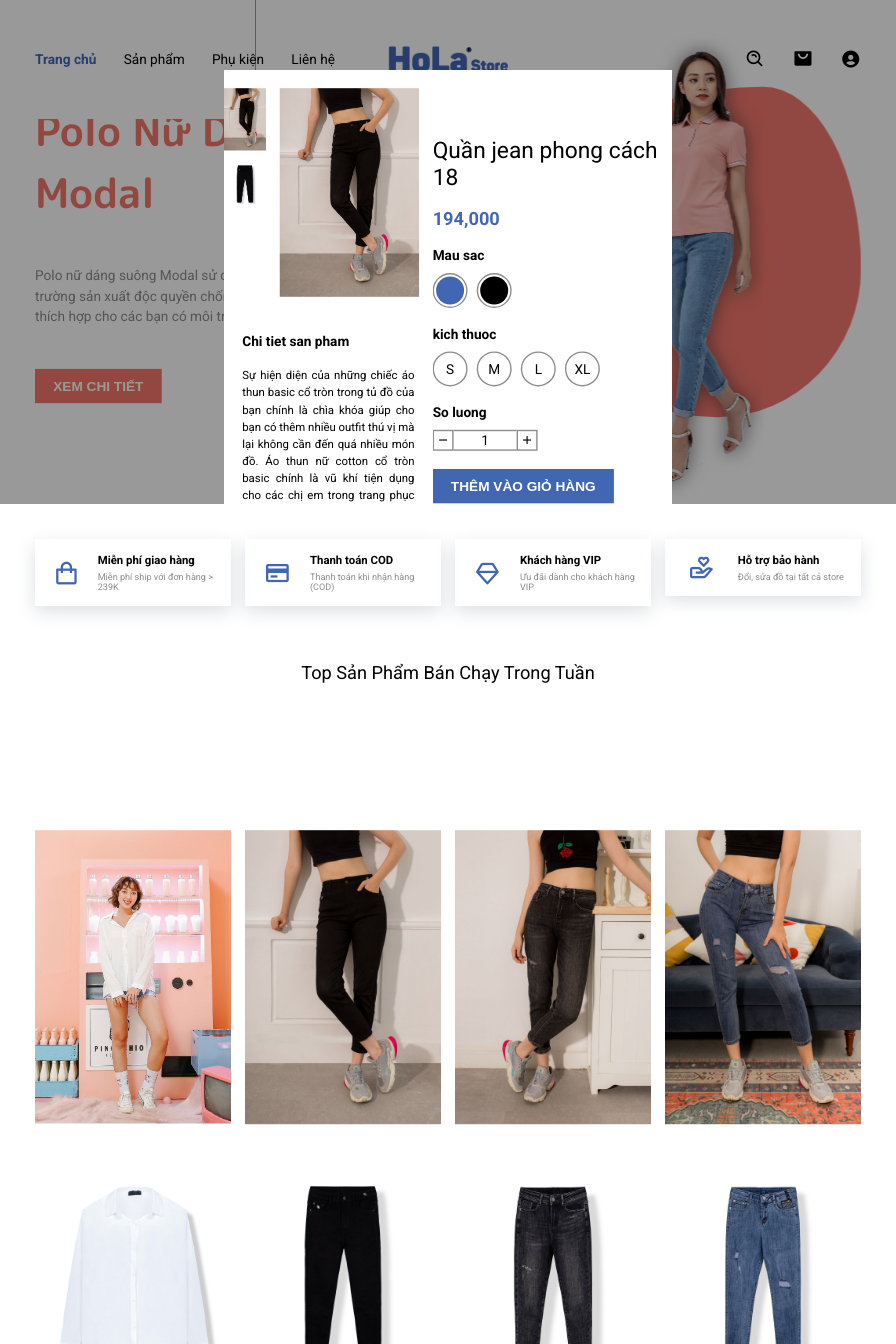
Repository: eric-nguyen-fe/Hola-ecommerce
Page: /
These files come from the project's save history. The page is drawn as it stood at one moment and after the next save; the edit follows.
The browser window is 1280 px wide. The pictures show the part of the page from y = 0 to 1920 px (the page is 8986 px tall), at 70% of full size.
An inner scrolling area shows only its first screen. The project was rebuilt for these pictures with package versions that can differ from the ones it lists, and the page was loaded fresh each time. Also part of the build but not shown: src/components/CheckBox.jsx, src/assets/fake-data/category.js, src/assets/fake-data/product-color.js, src/assets/fake-data/product-size.js, src/components/InfinityList.jsx, src/pages/Catalog.jsx, src/pages/Cart.jsx, src/pages/Product.jsx.

Above is the page before, as saved 2021-12-10 15:33:11.

### src/scss/index.scss
@import "./variables";
@import "./mixins";
@import "./base";

@import "./components/header";
@import "./components/footer";
@import "./components/hero-slider.scss";
@import "./components/button";
@import "./components/policy-card";
@import "./components/section";
@import "./components/product-card";
@import "./components/catalog";
@import "./components/custom-checkbox.scss";
@import "./components/product";
@import "./components/product-view-modal"

### src/components/Layout.jsx
import React from 'react'

import { BrowserRouter, Route } from 'react-router-dom'

import Header from './Header'
import Footer from './Footer'

import ProductViewModal from './ProductViewModal'

import Routes from '../routes/Routes'


const Layout = () => {
    return (
        <BrowserRouter>
            <Route render={props => (
                <div>

                    <div className="container">
                    <Header {...props}/>
                        <div className="main">
                            <Routes/>
                        </div>
                    </div>
                    <Footer/>
                    <ProductViewModal/>
                </div>
            )}/>
        </BrowserRouter>
    )
}

export default Layout

### src/scss/_variables.scss
$main-bg: #fff;
$main-color: #4267b2;

$txt-main-color: #000;
$txt-second-color: #8d8d8d;
$txt-white: #fff;

$btn-main-bg: $main-color;
$btn-main-color: #fff;

$header-height: 170px;
$header-tablet-height: 70px;
$header-mobile-height: 40px;
$header-shrink-height: 70px;

$box-shadow: rgba(73, 90, 105, 0.2) 0px 8px 24px;

$colors: (
    "blue": #4267b2,
    "orange": #eea54d,
    "pink": #f3786d,
    "white": #fff,
    "black": #000,
    "main": $main-color,
    "red": #ff0000,
);

$mobile-width: 600px;
$tablet-width: 1024px;

$numbers: (0, 1, 2, 3, 4, 5, 6, 7, 8);

### src/scss/mixins.scss
@mixin flex ($align-item, $justify-content) {
    display: flex;
    align-items: $align-item;
    justify-content: $justify-content;
}

@mixin mobile {
    @media only screen and (max-width: $mobile-width){
        @content;
    }
}

@mixin tablet {
    @media only screen and (max-width: $tablet-width){
        @content;
    }
}

### src/scss/_base.scss
@import url("https://fonts.googleapis.com/css2?family=M+PLUS+Rounded+1c:wght@100;300;400;500;700;800;900&family=Roboto:ital,wght@0,100;0,300;0,400;0,500;0,700;0,900;1,100;1,300;1,400;1,500;1,700;1,900&display=swap");

@import url("https://fonts.googleapis.com/css2?family=M+PLUS+Rounded+1c:wght@100;300;400;500;700;800;900&family=Roboto:ital,wght@0,100;0,300;0,400;0,500;0,700;0,900;1,100;1,300;1,400;1,500;1,700;1,900&display=swap");

* {
    padding: 0;
    margin: 0;
    box-sizing: border-box;
    -webkit-tap-highlight-color: transparent;
    user-select: none;
}

html {
    font-size: 13px;

    @include mobile {
        font-size: 11px;
    }
}

body {
    font-family: "Roboto", sans-serif;
}

ul {
    list-style-type: none;
}

a {
    text-decoration: none;
    color: unset;
}

a:hover {
    color: $main-color;
}

img {
    max-width: 100%;
}

@each $color, $val in $colors {
    .color-#{$color} {
        color: $val;
    }

    .bg-#{$color} {
        background-color: $val;
    }
}

@each $val in $numbers {
    .grid-col-#{$val} {
        grid-template-columns: repeat($val, 1fr);
    }
}

@each $val in $numbers {
    .grid-col-md-#{$val} {
        @include tablet {
            grid-template-columns: repeat($val, 1fr);
        }
    }
}

@each $val in $numbers {
    .grid-col-sm-#{$val} {
        @include mobile {
            grid-template-columns: repeat($val, 1fr);
        }
    }
}

.container {
    width: 100%;
    max-width: 1620px;
    padding: 0 50px;
    margin: auto;

    @include tablet {
        padding: 0 20px;
    }

    @include mobile {
        padding: 0 10px;
    }
}

.main {
    margin-top: $header-height;
    margin-bottom: 2rem;
    min-height: 100vh;

    @include tablet {
        margin-top: calc(#{$header-tablet-height} + 20px);
    }

    @include mobile {
        margin-top: calc(#{$header-mobile-height} + 10px);
    }
}

.grid {
    display: grid;
}

### src/scss/components/_header.scss
.header {
    background-color: $main-bg;
    position: fixed;
    top: 0;
    left: 0;
    width: 100%;
    z-index: 99;
    height: $header-height;
    transition: height .3s ease;

    @include tablet {
        height: $header-tablet-height;
        box-shadow: $box-shadow;
    }

    .container {
        height: 100%;
    }

    &.shrink{
        height: $header-shrink-height;
        box-shadow: $box-shadow;
        z-index: 100;

        @include mobile {
            height: $header-mobile-height;
        }
    }

    &__logo {
        @include flex (center, center);
        position: absolute;
        inset: 0;
        pointer-events: none;

        img {
            height: 38px;
        }
    }

    &__menu {
        @include flex(center, space-between);
        height: 100%;
        font-size: 1.5rem;

        &__item ~ &__item {
            margin-left: 39px;

            @include tablet {
                margin-left: 20px;
            }

            @include mobile {
                margin-left: 10px;
            }
        }

        &__item.active {
            font-weight: 600;
            color: $main-color;
        }


        &__item:hover {
            color: $main-color;
        }

        &__left,
        &__right {
            @include flex(center, center);
            height: 100%;
        }

        &__right {
            font-size: 2.25rem;

            &__item {
                @include flex(center, center);

                @include tablet {
                    margin-left: 10px;
                }
            }



            @include mobile {
                font-size: 1.5rem;
            }
        }

        &__left {
            &__close{
                display: none;
            }

            @include tablet {
                flex-direction: column;
                background-color: $main-bg;
                position: absolute;
                left: 0;
                top: 0;
                width: 100%;
                height: 100vh;
                justify-content: flex-start;
                padding-top: 30px;
                transform: translateX(-100%);
                transition: transform 0.5s ease;

                &.active {
                    transform: translateX(0);
                }

                &__item ~ &__item {
                    margin-left: unset;
                    margin-top: 20px;
                }

                &__close {
                    display: block;
                    position: absolute;
                    left: 20px;
                    font-size: 2.5rem;
                }
            }
        }

        &__mobile-toggle {
            display: none;

            @include tablet {
                display: block;
                font-size: 2.5rem;

            }
        }


    }
}

### src/scss/components/_footer.scss
.footer {
    padding: 70px 0;
    box-shadow: $box-shadow;
    font-size: 1.1rem;

    &__logo {
        height: 30px;
    }

    &__about {
        p {
            margin-bottom: 2rem;
        }
    }

    &__title {
        text-transform: uppercase;
        margin-bottom: 2rem;
        font-weight: 600;
    }

    &__content {
        p {
            margin-bottom: 1.25rem;
        }
    }
}

### src/scss/components/_button.scss
.btn {
    border: 0;
    outline: 0;
    color: $btn-main-color;
    font-size: 1.5rem;
    font-weight: 600;
    text-transform: uppercase;
    cursor: pointer;
    overflow: hidden;
    position: relative;

    @include mobile {
        font-size: 1rem;
    }

    &__txt,
    &__icon {
        display: block;
        transition: transform 0.5s ease;
    }

    &__txt {
        padding: 1rem 2rem;
    }

    &__icon {
        @include flex(center, center);
        font-size: 2rem;
        position: absolute;
        left: 0;
        top: 0;
        height: 100%;
        width: 100%;
        transform: translateX(-100%);
    }

    &-animate:hover &__txt {
        transform: translateX(100%);
    }

    &-animate:hover &__icon {
        transform: translateX(0);
    }

    &-sm {
        font-size: 1rem;
    }

    &-sm &__txt {
        padding: 0.7rem 1.5rem;
    }
}

### src/scss/components/_policy-card.scss
.policy-card {
    @include flex(center, flex-start);
    padding: 20px;
    padding-left: 0;
    box-shadow: $box-shadow;
    transition: transform .5s ease;

    &:hover {
        transform: translateY(-20%);
    }

    &__icon {
        @include flex (center, center);
        width: 40%;
        color: $main-color;

        i {
            font-size: 3rem;
        }
    }

    &__info{
        &__name{
            font-size: 1.25rem;
            font-weight: 600;
            margin-bottom: 7px;
        }

        &__description{
            font-size: 1rem;
            color: $txt-second-color;
        }

    }
}

### src/scss/components/_section.scss
.section {
    margin-bottom: 80px;

    & > * ~ * {
        margin-top: 70px;
    }

    &__title {
        font-size: 2rem;
        text-transform: capitalize;
        text-align: center;
    }
}

### src/scss/components/product-card.scss
.product-card {
    text-align: center;
    margin-bottom: 30px;

    &__image {
        padding-top: 50%;
        position: relative;
        overflow: hidden;
        margin-bottom: 30px;
    }
}

### src/scss/components/_catalog.scss
.catalog {
    @include flex(flex-start, flex-start);

    @include tablet {
        flex-direction: column;
    }

    &__filter {
        width: 20%;

        @include tablet {
            width: max-content;
            height: 100vh;
            background-color: $main-bg;
            padding: 1rem;
            position: fixed;
            left: 0;
            top: $header-tablet-height;
            z-index: 100;
            box-shadow: $box-shadow;
            transform: translateX(-100%);
            transition: transform 0.3s ease;
        }

        @include mobile {
            top: $header-mobile-height;
        }

        &.active {
            transform: translateX(0);
        }

        &__widget {
            margin-bottom: 2rem;

            &__title {
                font-size: 1.25rem;
                font-weight: 600;
                text-transform: capitalize;
                margin-bottom: 16px;
            }

            &__content {
                color: $txt-second-color;

                &__item {
                    margin-bottom: 13px;
                }
            }
        }
    }

    &__content {
        flex-grow: 1;

        @include tablet {
            width: 100%;
        }
    }

    &__filter__toggle {
        display: none;

        @include tablet {
            display: block;
            margin-bottom: 2rem;
        }
    }
}

### src/scss/components/custom-checkbox.scss
.custom-checkbox {
    @include flex (center, flex-start);

    cursor: pointer;

    &:hover {
        color: $main-color;
    }

    input {
        position: absolute;
        opacity: 0;

    }
}

### src/scss/components/_product-view-modal.scss
.product-view__modal {
    position: fixed;
    z-index: 101;
    padding-top: 100px;
    left: 0;
    top: 0;
    width: 100%;
    height: 100%;
    overflow: auto;
    background-color: rgb(0, 0, 0);
    background-color: rgba($color: #000000, $alpha: 0.4);

    &__content {
        margin: auto;
        padding-top: 2rem;
        background-color: $main-bg;
        width: 50%;
        position: relative;

        &__close {
            position: absolute;
            right: 0;
            top: 0;
        }
    }
}

### src/components/ProductViewModal.jsx
import React from 'react'

import ProductView from './ProductView'
import Button from './Button'

import productData from '../assets/fake-data/products'

const ProductViewModal = () => {

    const product = productData.getProductBySlug('quan-jean-phong-cach-18')



  return (
    <div className="product-view__modal">
        <div className="product-view__modal__content">
            <ProductView product={product}/>
        </div>
    </div>
  )
}

export default ProductViewModal

### src/routes/Routes.jsx
import React from 'react'

import { Route, Switch } from 'react-router-dom'

import Home from '../pages/Home';
import Catalog from '../pages/Catalog';
import Cart from '../pages/Cart';
import Product from '../pages/Product';

const Routes = () => {
    return (
        <Switch>
            <Route path="/" exact component = {Home}/>
            <Route path="/catalog/:slug" exact component = {Product}/>
            <Route path="/catalog" exact component = {Catalog}/>
            <Route path="/cart" exact component = {Cart}/>
        </Switch>
    )
}

export default Routes

### src/components/Button.jsx
import React from 'react'
import PropTypes from 'prop-types'

const Button = props => {

    const bg = props.backgroundColor ? 'bg-' + props.backgroundColor : 'bg-main'

    const size = props.size ? 'btn-' + props.size : ''

    const animate = props.animate ? 'btn-animate' : ''

    return (
        <button
            className={`btn ${bg} ${size} ${animate}`}
            onClick={props.onClick ? () => props.onClick() : null}
        >
            <span className="btn__txt">{props.children}</span>
            {
                props.icon ? (
                    <span className="btn__icon">
                        <i className={`${props.icon} bx-tada`}></i>
                    </span>
                ) : null
            }
        </button>
    )
}

Button.propTypes = {
    backgroundColor: PropTypes.string,
    size: PropTypes.string,
    icon: PropTypes.string,
    animate: PropTypes.bool,
    onclick: PropTypes.func
}

export default Button

### src/components/Helmet.jsx
import React, {useEffect} from 'react'
import PropTypes from 'prop-types'

const Helmet = props => {

    document.title = 'Hola - ' + props.title

    useEffect(() => {
        window.scrollTo(0,0)

    }, [])

  return (
    <div>
        {props.children}
    </div>
  )
}

Helmet.propTypes = {
    title: PropTypes.string.isRequired
}

export default Helmet

### src/components/HeroSlider.jsx
import React, {useEffect, useState, useCallback} from 'react'
import PropTypes from 'prop-types'
import { Link } from 'react-router-dom';

import Button from './Button';

const HeroSlider = props => {

    const data = props.data

    const timeOut = props.timeOut ? props.timeOut : 3000

    const [activeSlide, setActiveSlide] = useState(0);

    const nextSlide = useCallback(
        () => {
            const index = activeSlide + 1 === data.length ? 0 :activeSlide + 1
            setActiveSlide(index)
        },
        [activeSlide, data],
    )

    const prevSlide = () => {
        const index = activeSlide - 1 < 0 ? data.length - 1 : activeSlide -1
        setActiveSlide(index)
    }

    useEffect(() => {
        if (props.auto) {
            const sliderAuto = setInterval(() => {
                nextSlide()
            }, timeOut);
            return () => {
                clearInterval(sliderAuto)
            }
        }

    }, [nextSlide, timeOut, props])

  return (
    <div className="hero-slider">
        {
            data.map((item, index) => (
                <HeroSliderItem key={index} item={item} active={index === activeSlide}/>
            ))
        }
        {
            props.control ? (
                <div className="hero-slider__control">
                    <div className="hero-slider__control__item" onClick={prevSlide}>
                        <i className="bx bx-chevron-left"></i>
                    </div>
                    <div className="hero-slider__control__item">
                        <div className="index">
                            {activeSlide + 1}/{data.length}
                        </div>
                    </div>
                    <div className="hero-slider__control__item" onClick={nextSlide}>
                        <i className="bx bx-chevron-right"></i>
                    </div>
                </div>
            ) : null
        }
    </div>
  )
}

HeroSlider.propTypes = {
    data: PropTypes.array.isRequired,
    control: PropTypes.bool,
    auto: PropTypes.bool,
    timeOut: PropTypes.number
}

const HeroSliderItem = props => (
    <div className={`hero-slider__item ${props.active ? 'active' : ''}`}>
        <div className="hero-slider__item__info">
            <div className={`hero-slider__item__info__title color-${props.item.color}`}>
                <span>{props.item.title}</span>
            </div>
            <div className="hero-slider__item__info__description">
                <span>{props.item.description}</span>
            </div>
            <div className="hero-slider__item__info_btn">
                <Link to={props.item.path}>
                    <Button
                        backgroundColor={props.item.color}
                        icon="bx bx-cart"
                        animate={true}
                    >
                        Xem chi tiết
                    </Button>
                </Link>
            </div>
        </div>
        <div className="hero-slider__item__image">
            <div className={`shape bg-${props.item.color}`}></div>
            <img src={props.item.img} alt=""/>
        </div>
    </div>
)

export default HeroSlider

### src/components/PolicyCard.jsx
import React from 'react'
import PropTypes from 'prop-types'

const PolicyCard = props => {
    return (
        <div className="policy-card">
            <div className="policy-card__icon">
                <i className={props.icon}></i>
            </div>
            <div className="policy-card__info">
                <div className="policy-card__info__name">
                    {props.name}
                </div>
                <div className="policy-card__info__description">
                    {props.description}
                </div>
            </div>
        </div>
    )
}

PolicyCard.propTypes = {
    name: PropTypes.string.isRequired,
    description: PropTypes.string.isRequired,
    icon: PropTypes.string.isRequired

}

export default PolicyCard

### src/components/ProductCard.jsx
import React from 'react'
import PropTypes from 'prop-types'

import { Link } from 'react-router-dom'

import Button from './Button'

import numberWithCommas from '../utils/numberWithCommas'

const ProductCard = props => {
    return (
        <div className="product-card">
            <Link to={`/catalog/${props.slug}`}>
                <div className="product-card__image">
                    <img src={props.img01} alt="" />
                    <img src={props.img02} alt="" />
                </div>
                <h3 className="product-card__name">{props.name}</h3>
                <div className="product-card__price">
                    {numberWithCommas(props.price)}
                    <span className="product-card__price__old">
                        <del>{numberWithCommas(399000)}</del>
                    </span>
                </div>
            </Link>
            <div className="product-card__btn">
                <Button
                    size="sm"
                    icon="bx bx-cart"
                    animate={true}
                >
                    Chọn mua
                </Button>
            </div>
        </div>
    )
}

ProductCard.propTypes = {
    img01: PropTypes.string.isRequired,
    img02: PropTypes.string.isRequired,
    name: PropTypes.string.isRequired,
    price: PropTypes.number.isRequired,
    slug: PropTypes.string.isRequired,


}

export default ProductCard

Loaded but not shown: public/index.html (common file); src/reportWebVitals.js (common file); src/assets/boxicons-2.0.7/css/boxicons.min.css (library); src/components/Grid.jsx (common file); src/utils/numberWithCommas.js (common file); src/components/Section.jsx (common file); src/assets/fake-data/policy.js (common file); src/assets/fake-data/products.js (275 lines, source omitted); src/assets/fake-data/hero-slider.js (29 lines, source omitted); src/index.js (20 lines, source omitted); src/components/ProductView.jsx (194 lines, source omitted); src/pages/Home.jsx (158 lines, source omitted); src/scss/components/hero-slider.scss (214 lines, source omitted); src/scss/components/_product.scss (194 lines, source omitted); src/components/Footer.jsx (124 lines, source omitted); src/components/Header.jsx (103 lines, source omitted)

After the next save:
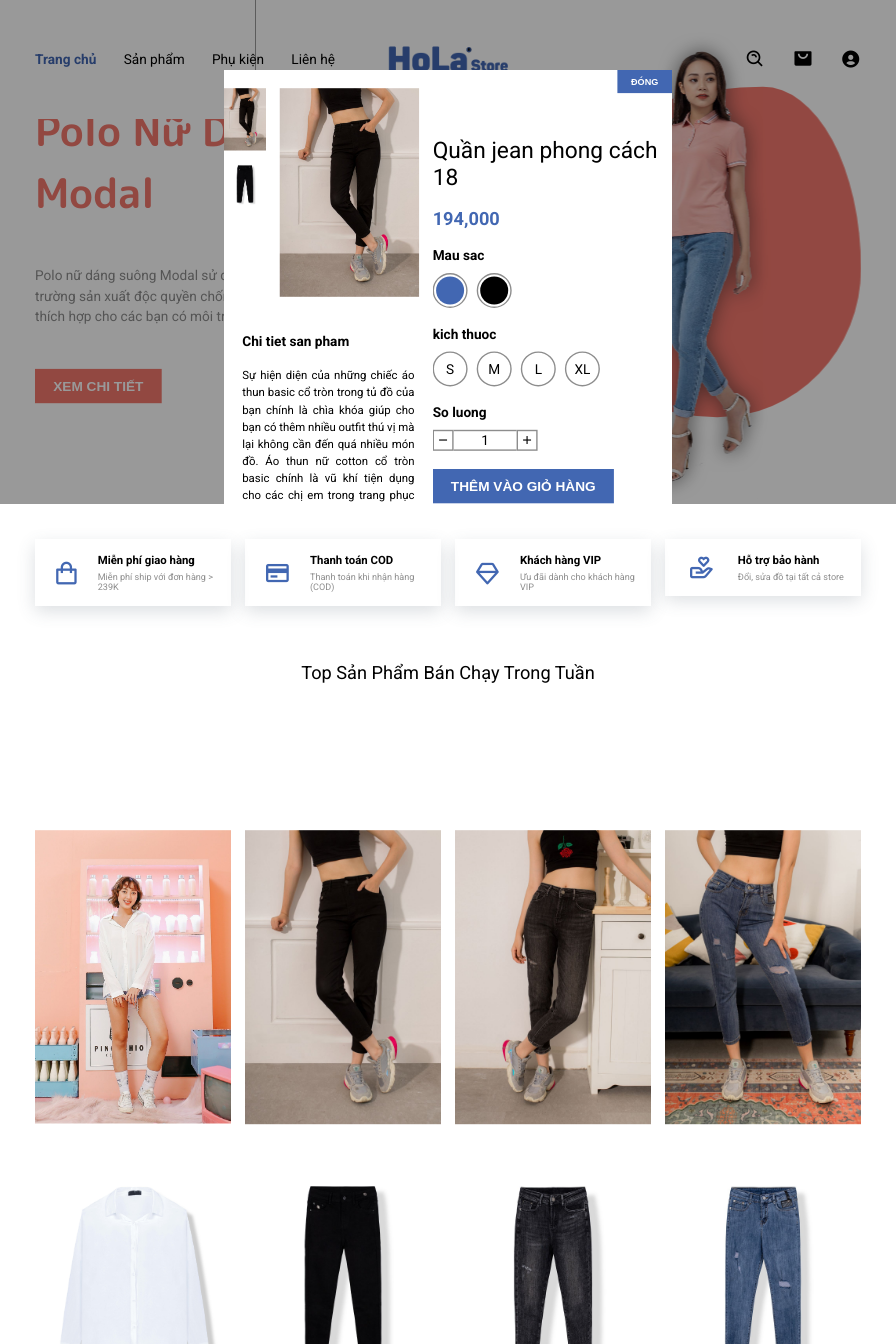
Saved 37 s later.
--- a/src/components/ProductViewModal.jsx
+++ b/src/components/ProductViewModal.jsx
@@ -15,6 +15,14 @@ const ProductViewModal = () => {
     <div className="product-view__modal">
         <div className="product-view__modal__content">
             <ProductView product={product}/>
+            <div className="product-view__modal__content__close">
+                <Button
+                    size="sm"
+
+                >
+                    Đóng
+                </Button>
+            </div>
         </div>
     </div>
   )
